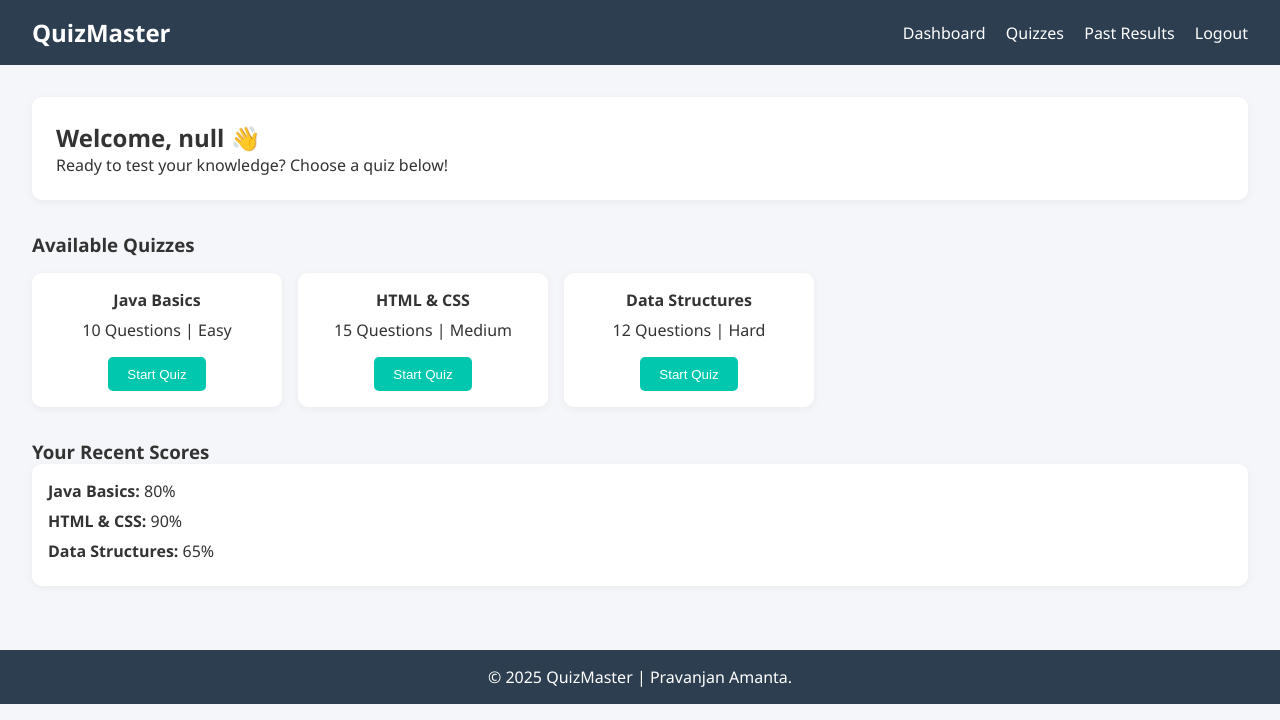
Repository: Prabhanjan-17p/Quizmaster_a_Java_Game
Page: http://localhost/Online_Quiz_Application/welcome.jsp
The author's editor kept a copy of each file at every save. The page is drawn from the files as they stood at one save, then again after the next save.
The browser window is 1280 px wide. The pictures show the whole page.
The page is served by Tomcat 9. The template is opened directly, without the code that normally fills it, so the values that code supplies are empty.

Above is the page before, as saved 2025-05-17 05:07:37.

After the next save:
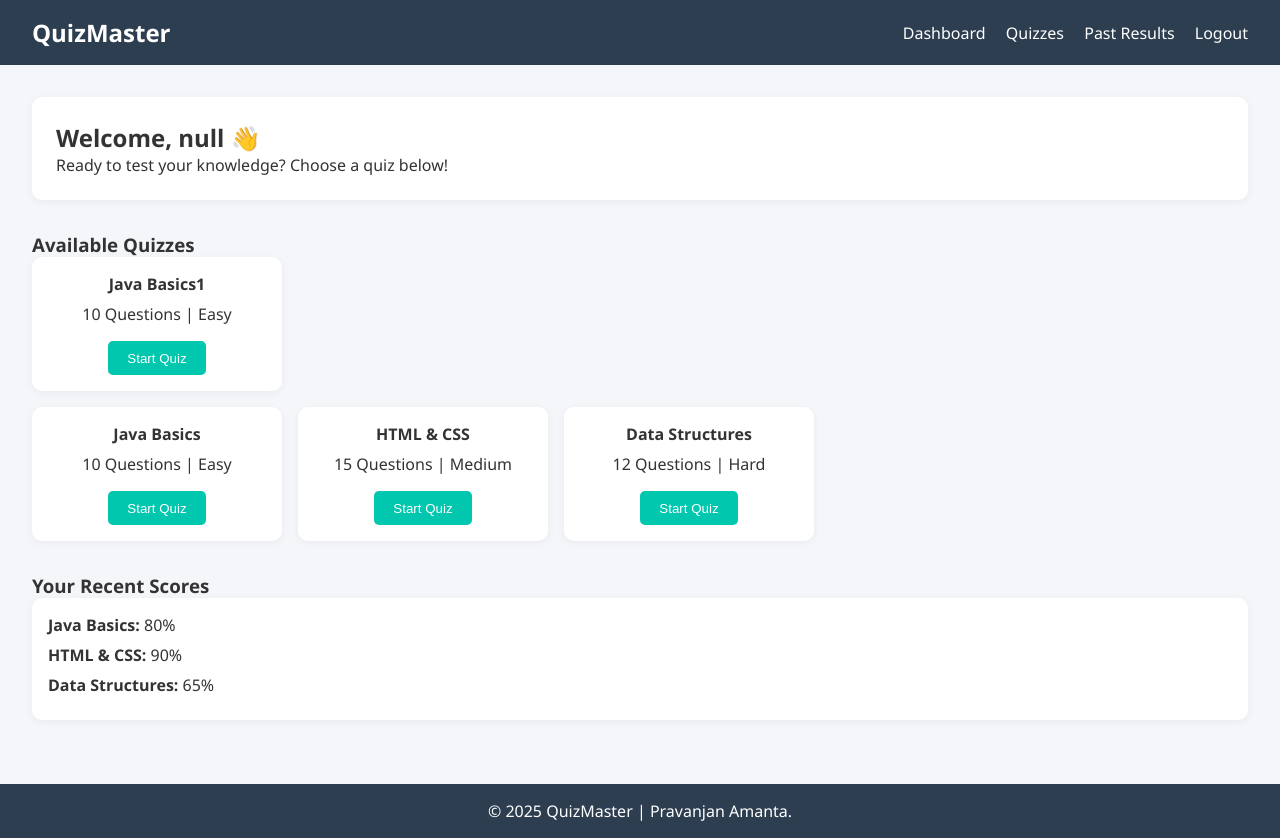
Saved 2 min 38 s later.
--- a/Online Quiz Application/src/main/webapp/welcome.jsp
+++ b/Online Quiz Application/src/main/webapp/welcome.jsp
@@ -143,6 +143,14 @@
 
     <section class="quiz-section">
       <h3>Available Quizzes</h3>
+      <form action="startQuiz" method="GET">
+  <div class="quiz-card">
+    <h4>Java Basics1</h4>
+    <p>10 Questions | Easy</p>
+    <button type="submit">Start Quiz</button>
+  </div>
+</form>
+
       <div class="quiz-cards">
         <div class="quiz-card">
           <h4>Java Basics</h4>
